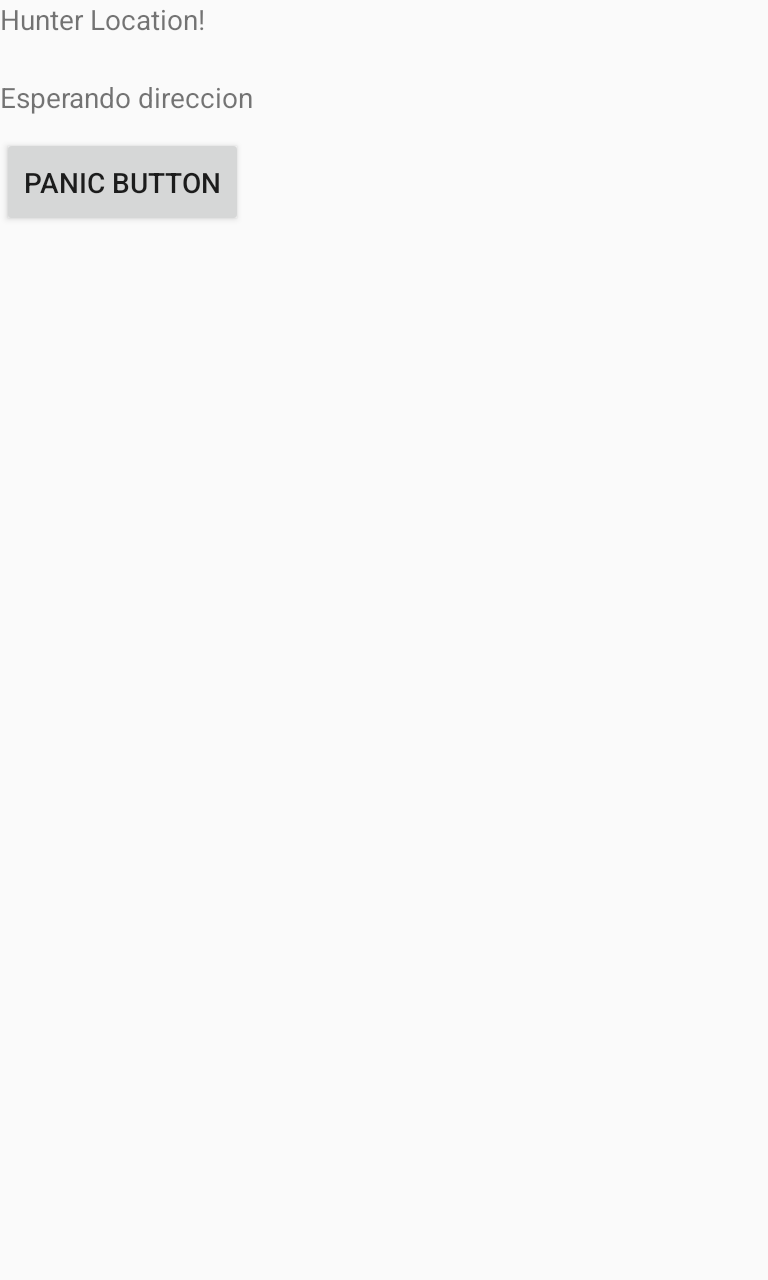
Repository: aludena18/android_apps
Layout: AlarmServiceLocation/res/layout/activity_main.xml
An editor plug-in stored every save of this project. The layout is shown before and after the next save, followed by the edit.
It is drawn on a 768 x 1280 px phone screen (xhdpi) without system bars, with theme AppTheme; the app's code is not run.

Above is the layout before, as saved 2015-07-15 14:36:47.

### AlarmServiceLocation/res/layout/activity_main.xml
<LinearLayout xmlns:android="http://schemas.android.com/apk/res/android"
    xmlns:tools="http://schemas.android.com/tools"
    android:layout_width="match_parent"
    android:layout_height="match_parent"
    android:orientation="vertical"
    tools:context="com.alg.alarmservicelocation.MainActivity" >

    <TextView
        android:layout_width="wrap_content"
        android:layout_height="wrap_content"
        android:text="@string/hello_world" />

    <LinearLayout
        android:layout_width="wrap_content"
        android:layout_height="wrap_content"
        android:orientation="horizontal" >
        <TextView
            android:id="@+id/txvDireccion"
            android:layout_marginTop="20dp"
            android:layout_width="wrap_content"
            android:layout_height="wrap_content"
            android:text="@string/etqTxvDireccion" />

        <ProgressBar
            android:id="@+id/progressBar1"
            android:layout_width="wrap_content"
            android:layout_height="wrap_content" />
    </LinearLayout>

    <Button
        android:id="@+id/btnPanic"
        android:layout_width="wrap_content"
        android:layout_height="wrap_content"
        android:text="@string/etqBtnPanic" />

</LinearLayout>

### AlarmServiceLocation/res/values/strings.xml
<?xml version="1.0" encoding="utf-8"?>
<resources>

    <string name="app_name">Alarm Service Location</string>
    <string name="hello_world">Hunter Location!</string>
    <string name="action_settings">Settings</string>

    <string name="etqBtnPanic">Panic Button</string>
    <string name="etqTxvDireccion">Esperando direccion</string>

</resources>

Loaded but not shown: AlarmServiceLocation/res/values/styles.xml (common file); AlarmServiceLocation/res/values-v11/styles.xml (common file); AlarmServiceLocation/res/values-v14/styles.xml (common file)

After the next save:
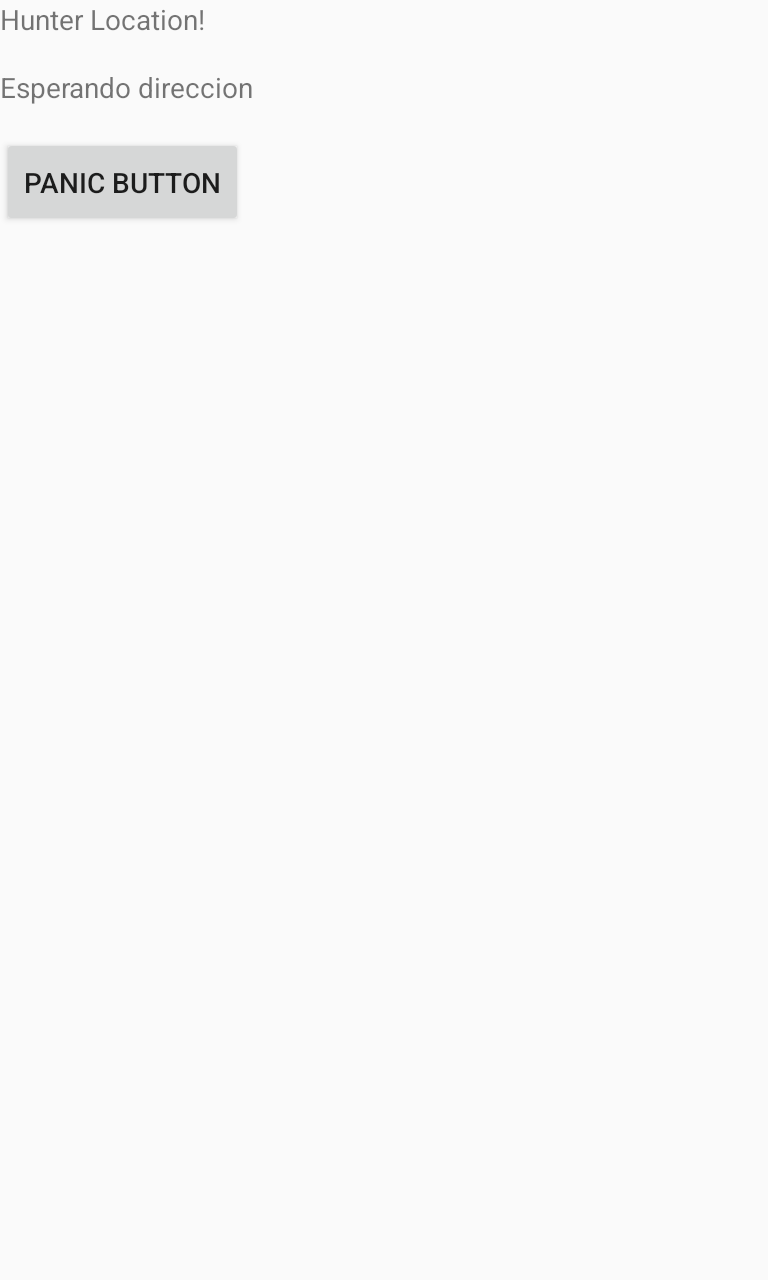
Saved 12 s later.
--- a/AlarmServiceLocation/res/layout/activity_main.xml
+++ b/AlarmServiceLocation/res/layout/activity_main.xml
@@ -16,7 +16,7 @@
         android:orientation="horizontal" >
         <TextView
             android:id="@+id/txvDireccion"
-            android:layout_marginTop="20dp"
+            android:layout_marginTop="15dp"
             android:layout_width="wrap_content"
             android:layout_height="wrap_content"
             android:text="@string/etqTxvDireccion" />
